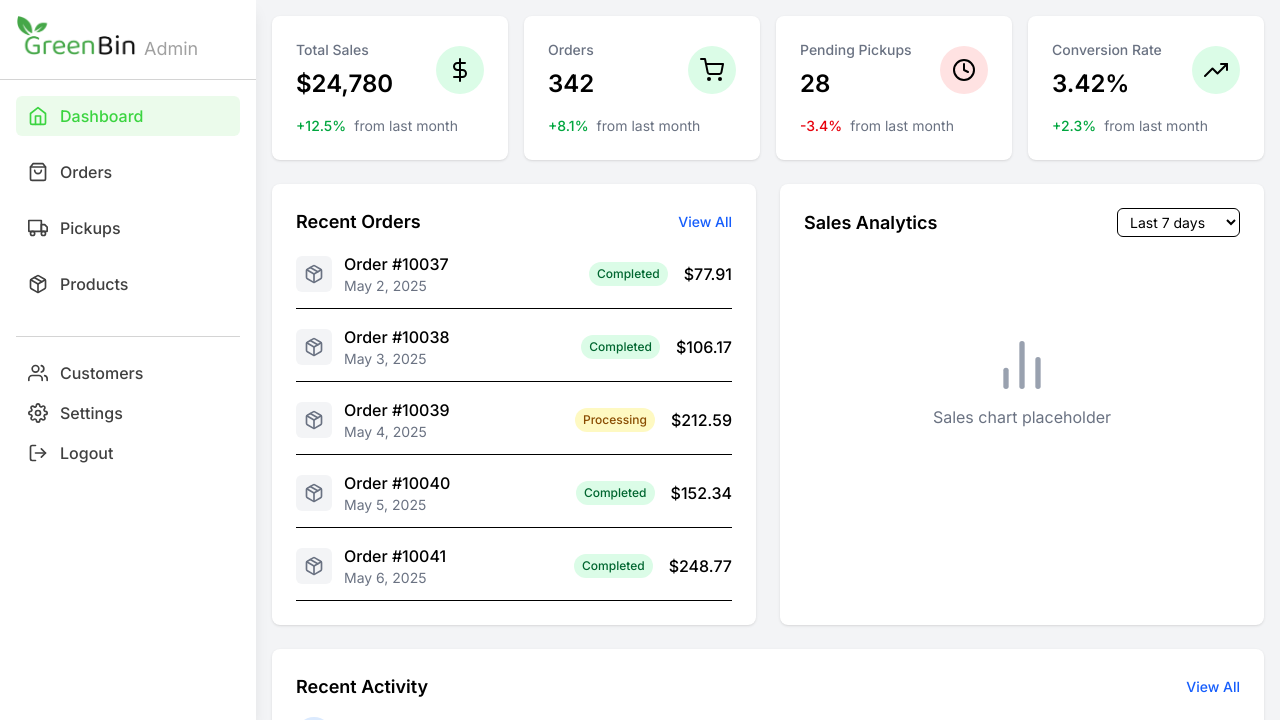
Repository: Siddhu123456/Plastic-Waste-Management
Page: /dashboard (app in frontend/)
These files come from the project's save history. The page is drawn as it stood at one moment and after the next save; the edit follows.
The browser window is 1280 px wide. The pictures show the whole page.
An inner scrolling area shows only its first screen. The project was rebuilt for these pictures with package versions that can differ from the ones it lists, and the page was loaded fresh each time. Also part of the build but not shown: frontend/vite.config.js, frontend/src/components/ProductCard.jsx, frontend/src/components/TrendingProductsCarousel.jsx, frontend/src/pages/Home.jsx, frontend/src/components/FilterBar.jsx, frontend/src/components/Loader.jsx, frontend/src/pages/customer/Shop.jsx, frontend/src/pages/customer/Recycle.jsx and 22 more. Imported but missing from the stored project, and not drawn on this page: frontend/src/pages/Help, frontend/src/pages/customer/WishList.

Above is the page before, as saved 2025-05-06 20:19:50.

After the next save:
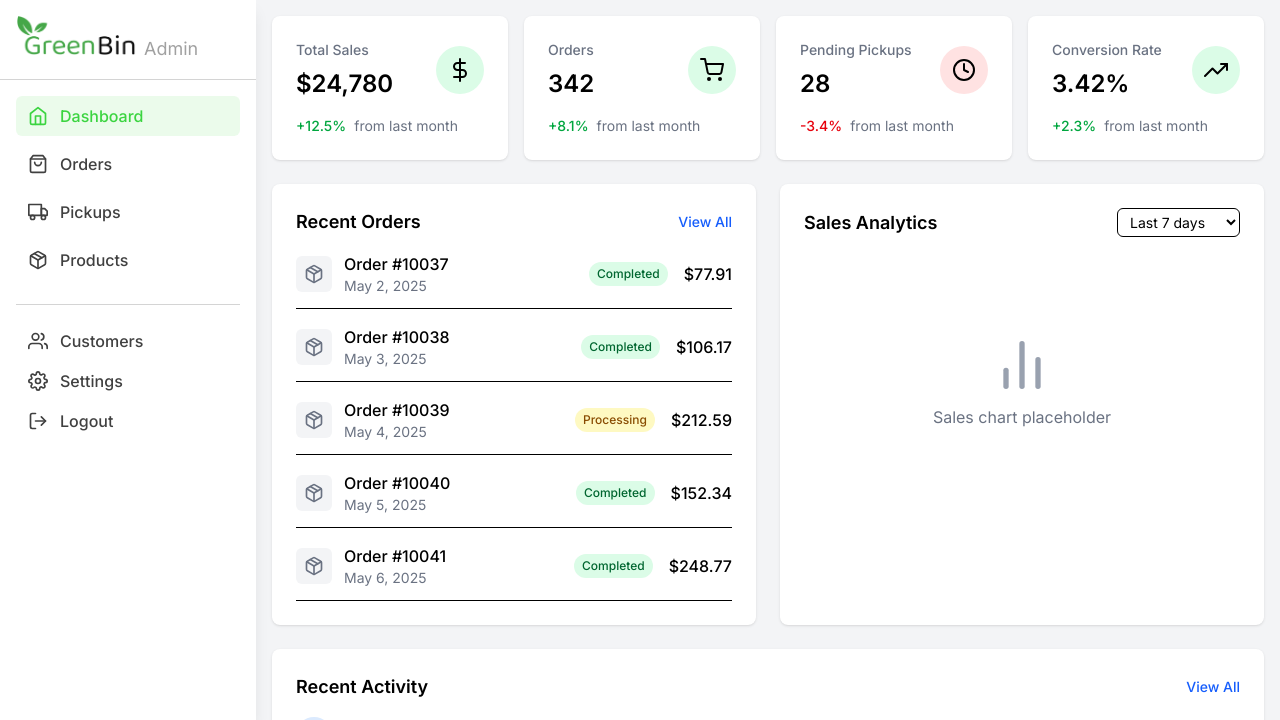
Saved 8 s later.
--- a/frontend/src/components/Sidebar.jsx
+++ b/frontend/src/components/Sidebar.jsx
@@ -24,7 +24,7 @@ const Sidebar = ({ activePage, setActivePage, sidebarOpen, toggleSidebar }) => {
         </button>
       </div>
       <div className="p-4">
-        <nav className="flex flex-col gap-4">
+        <nav className="flex flex-col gap-2">
           <SidebarItem
             icon={<FiHome className="h-5 w-5" />}
             title="Dashboard"
